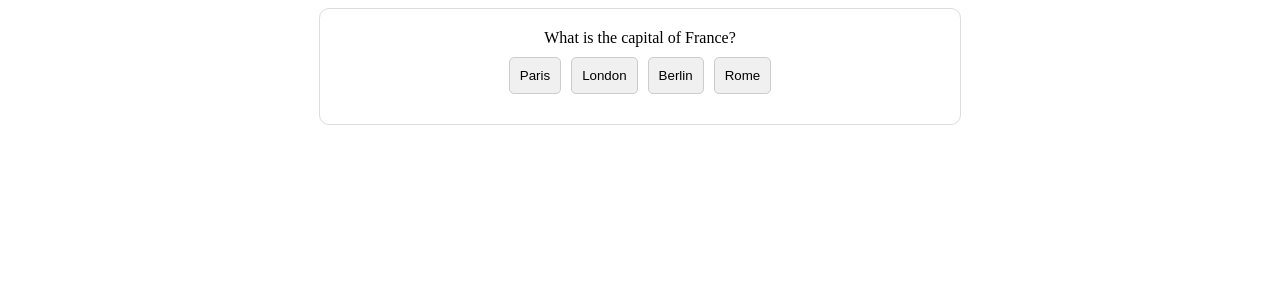
Repository: muteedwaheed/quiz-app
Page: test.html
The author's editor kept a copy of each file at every save. The page is drawn from the files as they stood at one save, then again after the next save.
The browser window is 1280 px wide. The pictures show the whole page.

Above is the page before, as saved 2024-06-23 01:51:19.

After the next save:
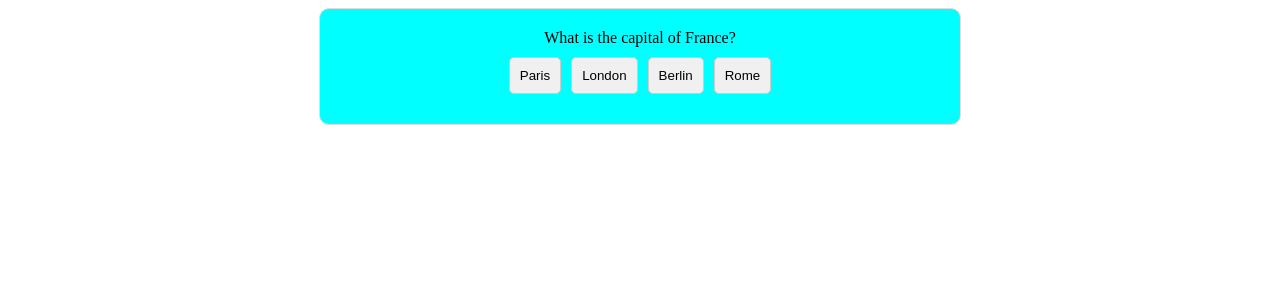
Saved 6 s later.
--- a/test.css
+++ b/test.css
@@ -6,7 +6,7 @@
   padding: 20px;
   border: 1px solid #ddd;
   border-radius: 10px;
-  background-color:
+  background-color:aqua
 }
 .option {
   display: block;
